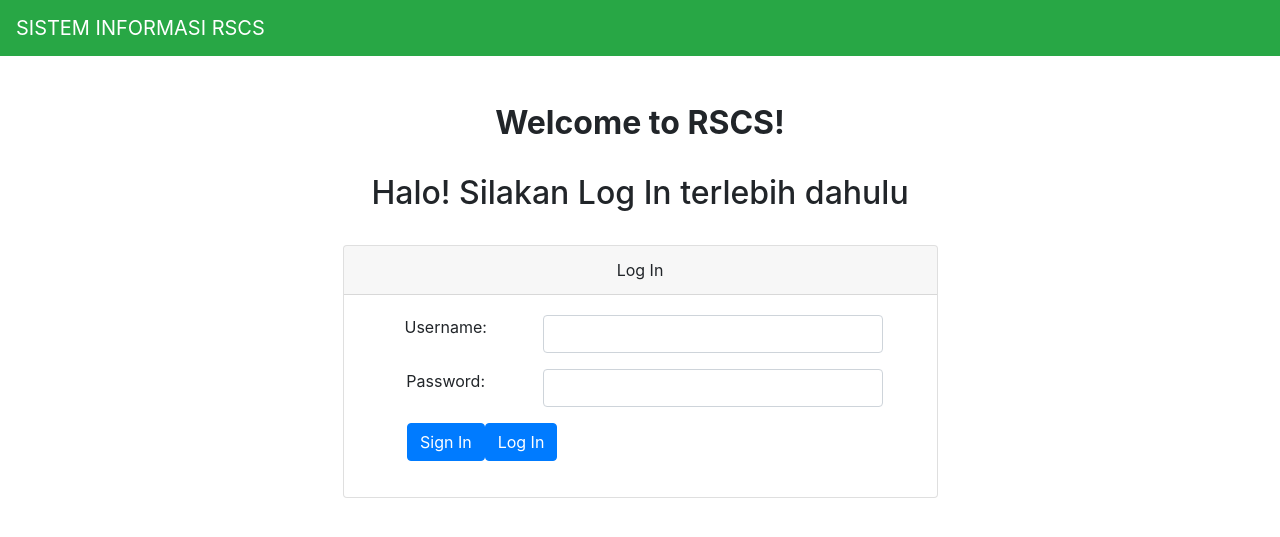
Repository: usamah1707/Tugas-Akhir-Kelompok-6
Page: http://localhost/login
The author's editor kept a copy of each file at every save. The page is drawn from the files as they stood at one save, then again after the next save.
The browser window is 1280 px wide. The pictures show the whole page.
The page is this project's Thymeleaf template; nobody is signed in. The template is opened directly, without the code that normally fills it, so the values that code supplies are empty.

Above is the page before, as saved 2019-06-04 06:02:43.

### TA_6/src/main/resources/templates/login.html
<!DOCTYPE html>
<html xmlns:th="http://www.thymeleaf.org">

<head>
    <title>Home</title>

    <object th:include="fragments/fragment :: css" th:remove="tag"></object>
    <object th:include="fragments/fragment :: js" th:remove="tag"></object>
</head>

<nav th:replace="fragments/login-frag :: navbar"></nav>

<body>

    <div class="container-fluid" >

     <div class="row"  >
            <span class="col-md-3"></span>
            <div class="col-md-12">
                    <br>

      &nbsp  <h2 align = "center"><strong>Welcome to RSCS!</strong></h2>
        <br>
        <div class="row" align = "center">
            <div class="col-md-12">

    <div class="container-fluid">
        <h2 align = "center">Halo! Silakan Log In terlebih dahulu</h2>
        <br>
        <div class="row">
        	<span class = "col-md-3"></span>
            <div class="col-md-6">

                <div class="card">
                    <div class="card-header">
                        Log In
                    </div>
                    <div class="card-body">
                        <div th:if="${param.error}">
                            <span style="color: red">Invalid username or password</span>
                        </div>
                        <form th:action="@{/login}" method="POST">
                            <div class="row form-group">
                                <label class="col-sm-4">Username:</label>
                                <input type="text" class="col-sm-7 form-control input-sm" name="username">
                            </div>
                            <div class="row form-group">
                                <label class="col-sm-4">Password:</label>
                                <input type="password" class="col-sm-7 form-control input-sm" name="password">
                            </div>
                            <div class="row form-group">

                            &nbsp &nbsp &nbsp &nbsp &nbsp &nbsp &nbsp<button type="submit" class="btn btn-primary">Sign In</button>

                                <button type="submit" class="btn btn-primary" style="text-align: left">Log In</button>
                            </div>
                        </form>
                    </div>
                </div>
            </div>
        </div>
    </div>
</body>

</html>

### TA_6/src/main/resources/templates/fragments/fragment.html
<!DOCTYPE html>
<html xmlns:th="http://www.thymeleaf.org">

<head>
    <title>Home</title>
	<head th:fragment="metas">
		<meta charset="utf-8">
    	<meta name="viewport" content="width=device-width, initial-scale=1, shrink-to-fit=no">
	</head>
    <head th:fragment="css">
    	<link rel="stylesheet" th:href="@{/css/style.css}">
        <link rel="stylesheet" th:href="@{/css/bootstrap.min.css}">

    </head>

    <head th:fragment="js">
    	<script
  src="https://code.jquery.com/jquery-3.3.1.js"
  integrity="sha256-2Kok7MbOyxpgUVvAk/HJ2jigOSYS2auK4Pfzbm7uH60="
  crossorigin="anonymous"></script>
        <script th:src="@{/js/bootstrap.min.js}"></script>
    </head>
</head>

<body>
    <nav th:fragment="navbar" class="navbar navbar-expand-lg navbar-dark bg-success">
        <a class="navbar-brand" th:href="@{/}">RSCS</a>
        <div class="collapse navbar-collapse" id="navbarSupportedContent">
            <ul class="navbar-nav mr-auto">
                <li class="nav-item active">
                    <a class="nav-link" th:href="@{/}">Home</a>
                </li>

                <li class="nav-item active">
                    <a class="nav-link" th:href="@{/lab/kebutuhan}">Reagen</a>
                </li>
                 <li class="nav-item active">
                    <a class="nav-link" th:href="@{/lab/pemeriksaan}">Lab</a>
                </li>
                <li class="nav-item active">
                    <a class="nav-link" th:href="@{/lab/jadwal-jaga/hihu}">Jadwal Jaga</a>
                </li>
                 <li class="nav-item active">
                    <a class="nav-link" th:href="@{/lab/stok}">Stock Lab</a>
                </li>
            </ul>
            <ul class="navbar-nav pull-right">
            	<li class="nav-item active">
            		<a class="nav-link" th:href="@{/logout}">Logout</a>
            	</li>
            </ul>
        </div>
    </nav>
</body>

</html>

### TA_6/src/main/resources/templates/fragments/login-frag.html
<!DOCTYPE html>
<html xmlns:th="http://www.thymeleaf.org">

<head>
    <title>Home</title>
    <head th:fragment="metas">
        <meta charset="utf-8">
        <meta name="viewport" content="width=device-width, initial-scale=1, shrink-to-fit=no">
    </head>
    <head th:fragment="css">
        <link rel="stylesheet" th:href="@{/css/style.css}">
        <link rel="stylesheet" th:href="@{/css/bootstrap.min.css}">

    </head>

    <head th:fragment="js">
        <script
                src="https://code.jquery.com/jquery-3.3.1.js"
                integrity="sha256-2Kok7MbOyxpgUVvAk/HJ2jigOSYS2auK4Pfzbm7uH60="
                crossorigin="anonymous"></script>
        <script th:src="@{/js/bootstrap.min.js}"></script>
    </head>
</head>

<body>
<nav th:fragment="navbar" class="navbar navbar-expand-lg navbar-dark bg-success">
    <a class="navbar-brand" style="text-align-all: center" th:href="@{/}">SISTEM INFORMASI RSCS</a>
</nav>
</body>

</html>

### TA_6/src/main/resources/static/css/style.css
body {
  background: #34495e;
  font: normal 300 18px "Roboto", sans-serif;
}

#menu-nav {
  max-width: 1000px;
  margin: 130px auto;
  background-color: #ecf0f1;
  border-radius: 4px;
  box-shadow: 0 2px 5px rgba(0, 0, 0, 0.3);
}

#navigation-bar ul {
  border-radius: 4px;
  overflow: hidden;
}
#navigation-bar li {
  float: left;
  width: 20%;
}
#navigation-bar li:hover a::before {
  right: 0;
  left: 0;
}
#navigation-bar a {
  color: #848484;
  font-size: 20px;
  text-decoration: none;
  text-align: center;
  padding: 20px 0;
  display: block;
  position: relative;
  transition: all 0.3s ease;
}
#navigation-bar a:hover {
  color: #e74c3c;
}
#navigation-bar a::before {
  content: "";
  transition: all 0.4s ease-in-out;
  position: absolute;
  right: 50%;
  left: 50%;
  bottom: 0;
  height: 2px;
  background-color: #e74c3c;
}
#navigation-bar a:hover::before {
  right: 0;
  left: 0;
}

li {
	list-style: none;
}

Loaded but not shown: TA_6/src/main/resources/static/css/bootstrap.min.css (library); TA_6/src/main/resources/static/js/bootstrap.min.js (library)

After the next save:
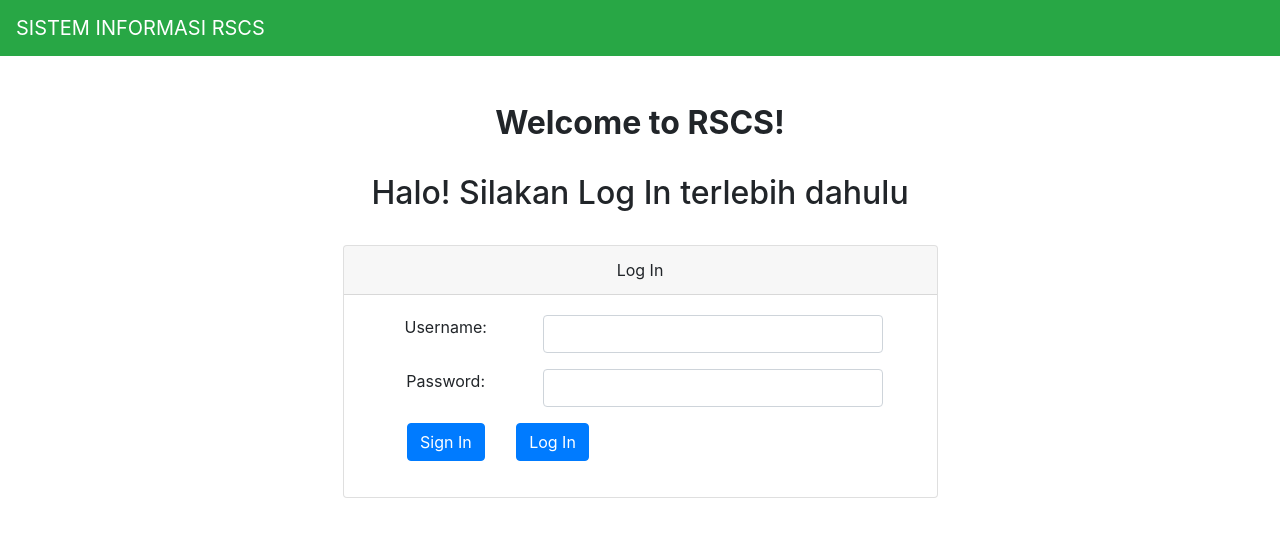
Saved 55 s later.
--- a/TA_6/src/main/resources/templates/login.html
+++ b/TA_6/src/main/resources/templates/login.html
@@ -52,7 +52,7 @@
 
                             &nbsp &nbsp &nbsp &nbsp &nbsp &nbsp &nbsp<button type="submit" class="btn btn-primary">Sign In</button>
 
-                                <button type="submit" class="btn btn-primary" style="text-align: left">Log In</button>
+                               &nbsp &nbsp &nbsp &nbsp  <button type="submit" class="btn btn-primary" style="text-align: left">Log In</button>
                             </div>
                         </form>
                     </div>
